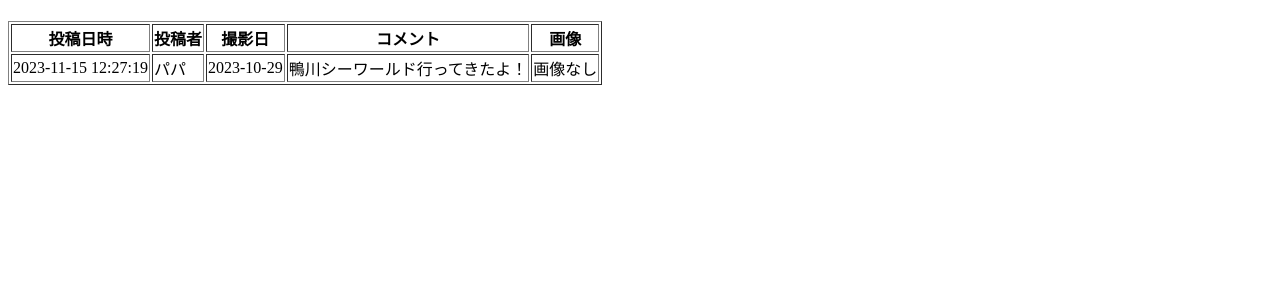
Repository: daidai0602/gs_kadai_questionnaire
Page: http://localhost/read.php
An editor plug-in stored every save of this project. The page is shown before and after the next save, followed by the edit.
The browser window is 1280 px wide. The pictures show the whole page.
The page is run by PHP 8.4 with error messages shown; the project is at /var/www/html/.

Above is the page before, as saved 2023-11-15 23:01:58.

After the next save:
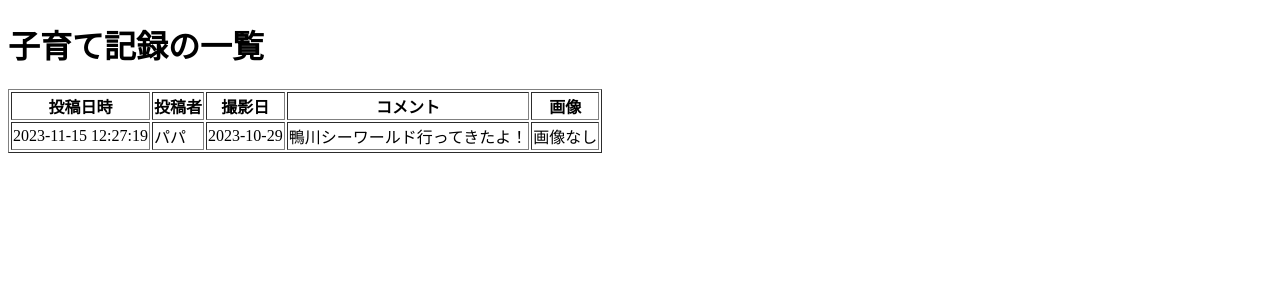
Saved 7 s later.
--- a/read.php
+++ b/read.php
@@ -6,7 +6,7 @@
   <title>Document</title>
 </head>
 <body>
-  <h1></h1>
+  <h1>子育て記録の一覧</h1>
   <table border="1">
     <tr>
       <th>投稿日時</th>
